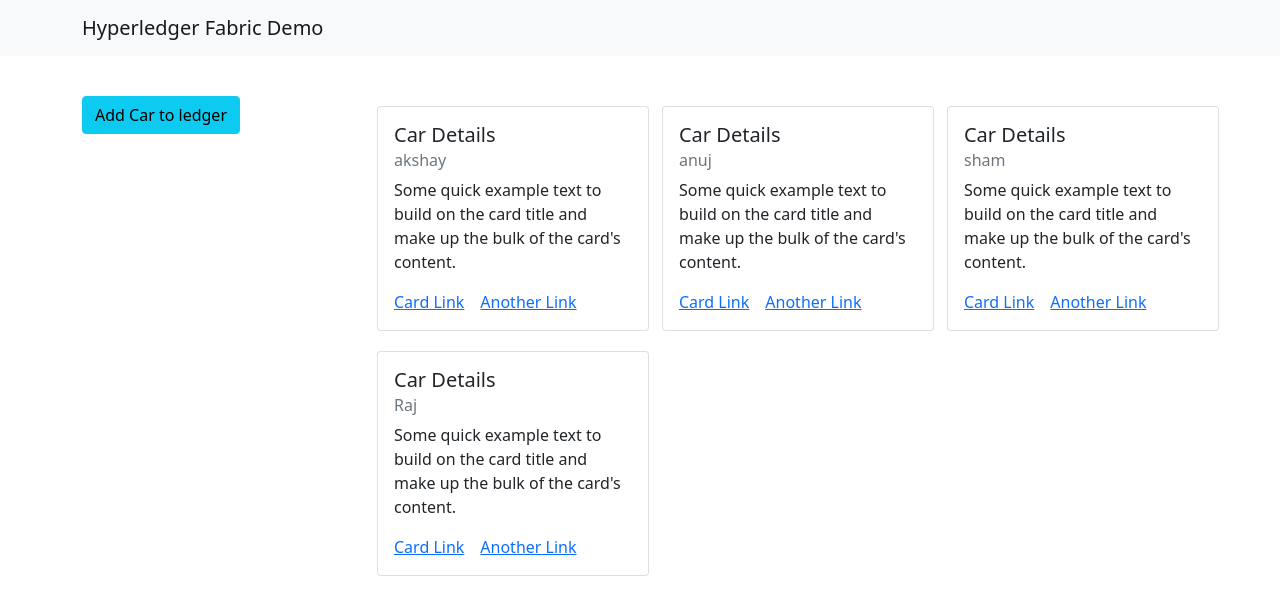
Repository: akshaykurhekar/hyperledger-asset-monetization-dapp
Page: / (app in fabcarWeb/new-ui/)
The author's editor kept a copy of each file at every save. The page is drawn from the files as they stood at one save, then again after the next save.
The browser window is 1280 px wide. The pictures show the whole page.
The project was rebuilt for these pictures with package versions that can differ from the ones it lists, and the page was loaded fresh each time.

Above is the page before, as saved 2022-03-30 18:05:43.

After the next save:
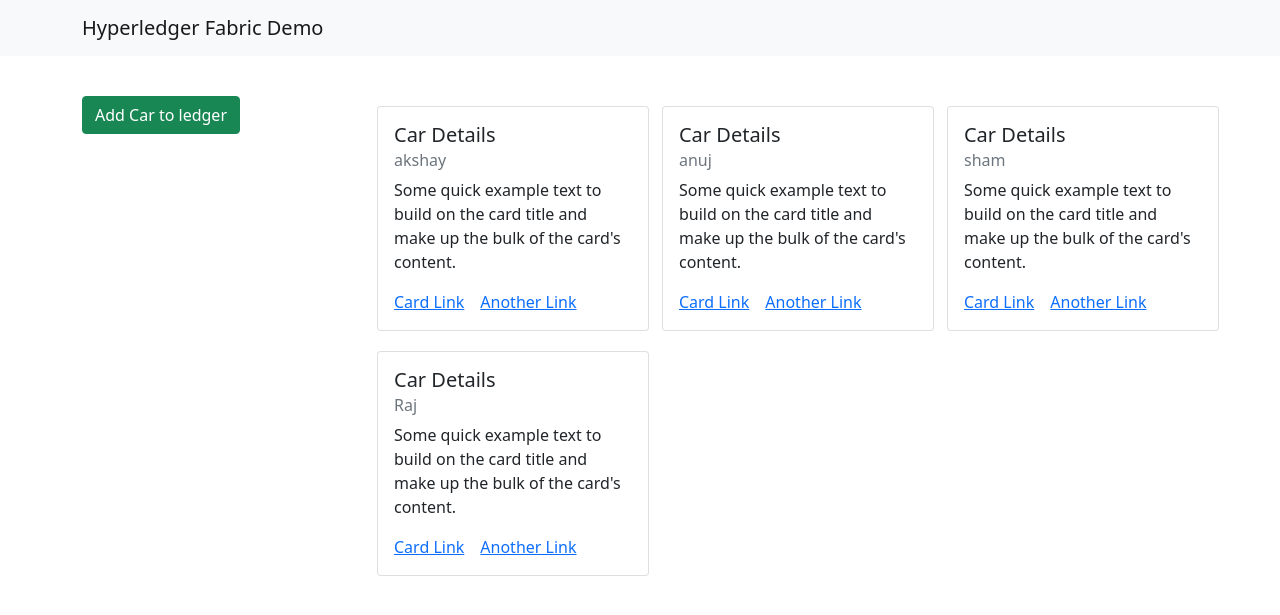
Saved 7 s later.
--- a/fabcarWeb/new-ui/src/components/model.js
+++ b/fabcarWeb/new-ui/src/components/model.js
@@ -10,7 +10,7 @@
 
     return (
        <>
-      <Button variant="info" onClick={handleShow}>
+      <Button variant="success" onClick={handleShow}>
         Add Car to ledger
       </Button>
 
